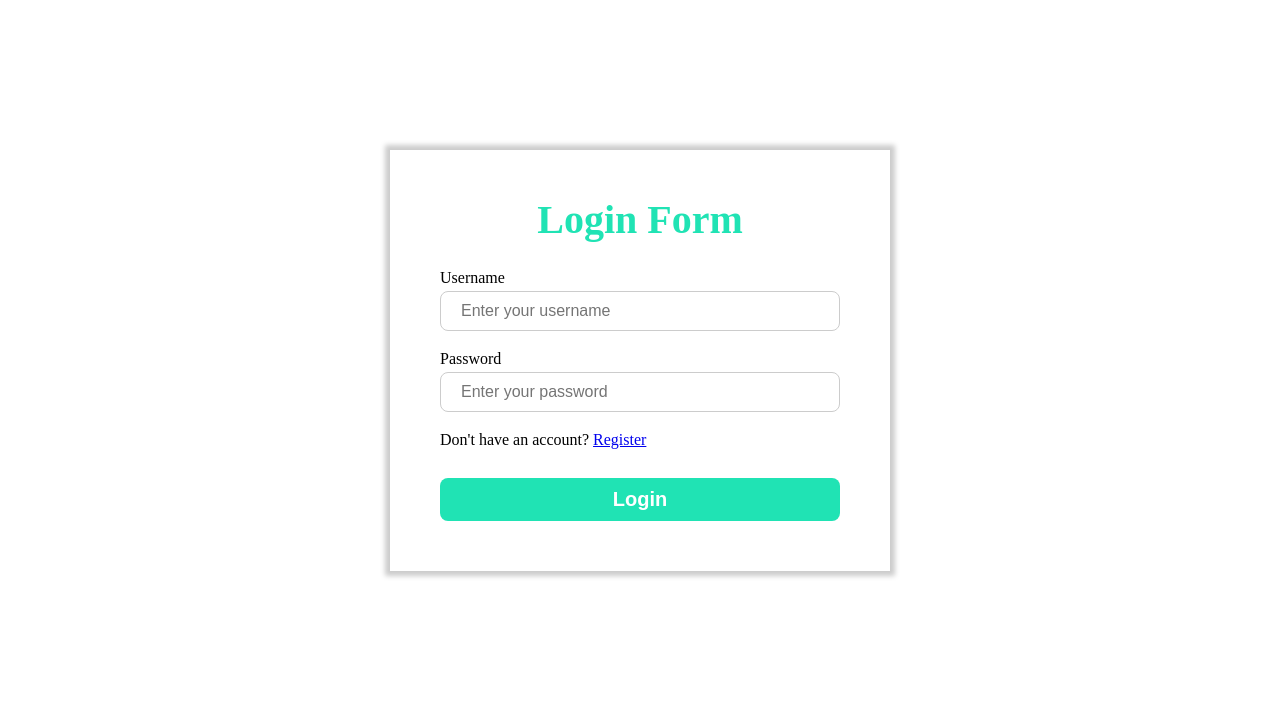
Repository: Trung0810/btl_cnpm_fe
Page: /
These files come from the project's save history. The page is drawn as it stood at one moment and after the next save; the edit follows.
The browser window is 1280 px wide. The pictures show the whole page.
The project was rebuilt for these pictures with package versions that can differ from the ones it lists, and the page was loaded fresh each time. Also part of the build but not shown: src/components/header/header.css, src/components/header/Header.js, src/components/footer/Footer.css, src/components/footer/Footer.js, src/components/shoes_list/ShoesCard.css, src/components/shoes_list/ShoesCard.js, src/components/shoes_list/ShoesList.css, src/components/shoes_list/ShoesList.js and 14 more.

Above is the page before, as saved 2026-03-31 09:25:18.

### public/index.html
<!doctype html>
<html lang="en">
  <head>
    <meta charset="utf-8" />
    <link rel="icon" href="%PUBLIC_URL%/favicon.ico" />
    <meta name="viewport" content="width=device-width, initial-scale=1" />
    <meta name="theme-color" content="#000000" />
    <meta
      name="description"
      content="Web site created using create-react-app"
    />
    <link rel="apple-touch-icon" href="%PUBLIC_URL%/logo192.png" />
    <!--
      manifest.json provides metadata used when your web app is installed on a
      user's mobile device or desktop. See https://developers.google.com/web/fundamentals/web-app-manifest/
    -->
    <link rel="manifest" href="%PUBLIC_URL%/manifest.json" />
    <!--
      Notice the use of %PUBLIC_URL% in the tags above.
      It will be replaced with the URL of the `public` folder during the build.
      Only files inside the `public` folder can be referenced from the HTML.

      Unlike "/favicon.ico" or "favicon.ico", "%PUBLIC_URL%/favicon.ico" will
      work correctly both with client-side routing and a non-root public URL.
      Learn how to configure a non-root public URL by running `npm run build`.
    -->
    <link rel="preconnect" href="https://fonts.googleapis.com" />
    <link rel="preconnect" href="https://fonts.gstatic.com" crossorigin />
    <link
      href="https://fonts.googleapis.com/css2?family=DM+Sans:ital,opsz,wght@0,9..40,100..1000;1,9..40,100..1000&family=Oswald:wght@200..700&display=swap"
      rel="stylesheet"
    />
    <title>React App</title>
  </head>
  <body>
    <noscript>You need to enable JavaScript to run this app.</noscript>
    <div id="root"></div>
    <!--
      This HTML file is a template.
      If you open it directly in the browser, you will see an empty page.

      You can add webfonts, meta tags, or analytics to this file.
      The build step will place the bundled scripts into the <body> tag.

      To begin the development, run `npm start` or `yarn start`.
      To create a production bundle, use `npm run build` or `yarn build`.
    -->
  </body>
</html>

### src/index.js
import React from "react";
import ReactDOM from "react-dom/client";
import App from "./App";
import reportWebVitals from "./reportWebVitals";
import "./index.css";
import "./reset.css";
import "@fortawesome/fontawesome-free/css/all.min.css";

const root = ReactDOM.createRoot(document.getElementById("root"));
root.render(
  <React.StrictMode>
    <App />
  </React.StrictMode>,
);

// If you want to start measuring performance in your app, pass a function
// to log results (for example: reportWebVitals(console.log))
// or send to an analytics endpoint. Learn more: https://bit.ly/CRA-vitals
reportWebVitals();

### src/App.js
import { Fragment } from "react";
import Header from "./components/header/Header";
import Footer from "./components/footer/Footer";
import HomePage from "./components/home_page/HomePage";
import ShoesPage from "./components/shoes_page/ShoesPage";
import LoginForm from "./components/login_form/LoginForm";
import "./App.css";

function App() {
  return (
    <Fragment>
      {/* <Header></Header>
      <HomePage></HomePage>
      <ShoesPage></ShoesPage>
      <Footer></Footer> */}
      <LoginForm></LoginForm>
    </Fragment>
  );
}

export default App;

### src/index.css
body {
  margin: 0;
  font-family:
    -apple-system, BlinkMacSystemFont, "Segoe UI", "Roboto", "Oxygen", "Ubuntu",
    "Cantarell", "Fira Sans", "Droid Sans", "Helvetica Neue", sans-serif;
  -webkit-font-smoothing: antialiased;
  -moz-osx-font-smoothing: grayscale;
  font-family: "DM Sans", sans-serif;
}
body::-webkit-scrollbar {
  display: none;
}
code {
  font-family:
    source-code-pro, Menlo, Monaco, Consolas, "Courier New", monospace;
}
* {
  box-sizing: border-box;
}

### src/components/login_form/LoginForm.js
import React from "react";
import { useForm } from "react-hook-form";
import { yupResolver } from "@hookform/resolvers/yup";
import * as yup from "yup";
import "./LoginForm.css";

const LoginForm = () => {
  const schema = yup.object({
    username: yup
      .string()
      .required("Please enter your username!")
      .min(8, "Must be at least 8 characters!")
      .max(16, "Must be at most 16 characters!"),
    password: yup.string().required("Please enter your password!"),
  });

  const {
    register,
    handleSubmit,
    formState: { errors, isValid },
  } = useForm({
    mode: "onChange",
    resolver: yupResolver(schema),
  });

  const submit = (values) => {
    console.log(values);
  };

  return (
    <form className="login-form" onSubmit={handleSubmit(submit)}>
      <h2 className="login-form-title">Login Form</h2>
      <div className="login-form-wrapper">
        <label htmlFor="username">Username</label>
        <input
          type="text"
          id="username"
          className="login-form-input"
          placeholder="Enter your username"
          {...register("username")}
        />
        {errors.username && (
          <div className="login-form-error">{errors.username.message}</div>
        )}
      </div>
      <div className="login-form-wrapper">
        <label htmlFor="password">Password</label>
        <input
          type="text"
          id="password"
          className="login-form-input"
          placeholder="Enter your password"
          {...register("password")}
        />
        {errors.password && (
          <div className="login-form-error">{errors.password.message}</div>
        )}
      </div>
      <div className="login-form-option">
        <p>
          Don't have an account? <a href="#">Register</a>
        </p>
      </div>
      <button
        type="submit"
        className="login-form-button"
        style={{ pointerEvents: isValid ? "" : "none" }}
      >
        Login
      </button>
    </form>
  );
};

export default LoginForm;

### src/App.css
input {
  display: block;
  font-size: 16px;
  padding: 10px 20px;
  border: 1px solid #ccc;
  border-radius: 8px;
  outline: none;
}
button {
  display: block;
  width: 200px;
  padding: 10px 30px;
  font-size: 24px;
  font-weight: 500;
  border-radius: 8px;
  border: none;
  outline: none;
  cursor: pointer;
}

### src/components/login_form/LoginForm.css
.login-form {
  width: 500px;
  padding: 50px;
  margin: 150px auto;
  box-shadow: 0 0 5px 5px #ccc;
}
.login-form-title {
  font-size: 40px;
  font-weight: bold;
  color: #20e3b4;
  text-align: center;
  margin-bottom: 30px;
}
.login-form-wrapper {
  display: flex;
  flex-direction: column;
  row-gap: 5px;
  margin-bottom: 20px;
}
.login-form-input {
  width: 100%;
}
.login-form-error {
  font-weight: 500;
  color: #de4242;
}
.login-form-button {
  width: 100%;
  background-color: #20e3b4;
  font-size: 20px;
  font-weight: bold;
  color: #fff;
  margin-top: 30px;
}

Loaded but not shown: src/reportWebVitals.js (common file); src/reset.css (common file)

After the next save:
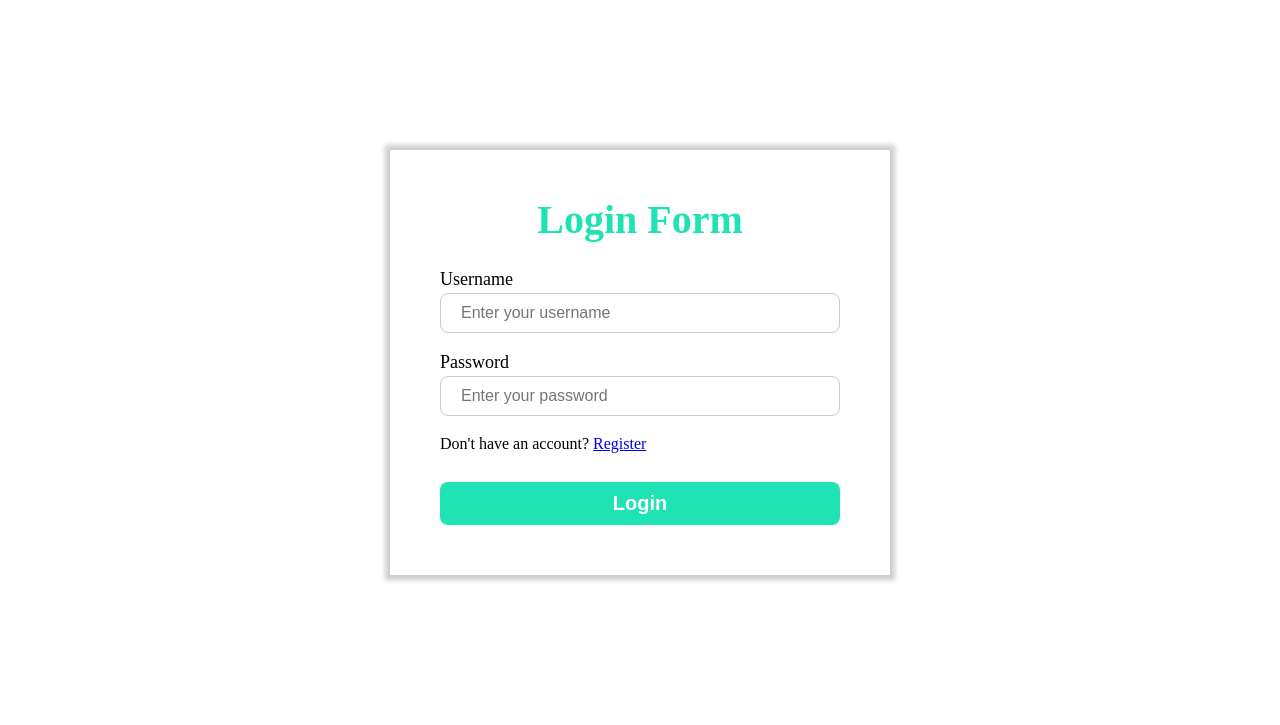
Saved 76 s later.
--- a/src/components/login_form/LoginForm.css
+++ b/src/components/login_form/LoginForm.css
@@ -17,6 +17,9 @@
   row-gap: 5px;
   margin-bottom: 20px;
 }
+.login-form-wrapper label {
+  font-size: 18px;
+}
 .login-form-input {
   width: 100%;
 }
